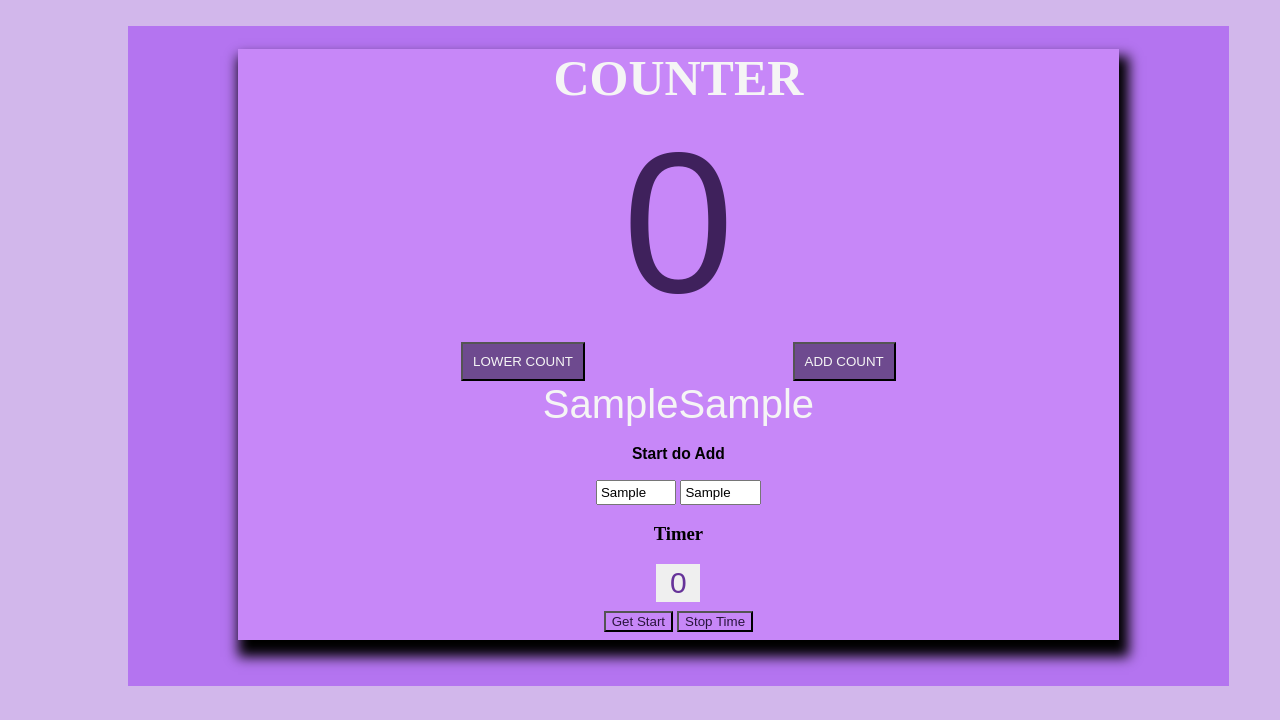
Repository: AnahitKhechumyan/Counter
Page: index.html
An editor plug-in stored every save of this project. The page is shown before and after the next save, followed by the edit.
The browser window is 1280 px wide. The pictures show the whole page.
Empty fields were first filled with sample values (such as "Sample", 5 or name@example.com).
After loading, the first visible `button.add` was clicked once.

Above is the page before, as saved 2022-02-15 02:51:47.

After the next save:
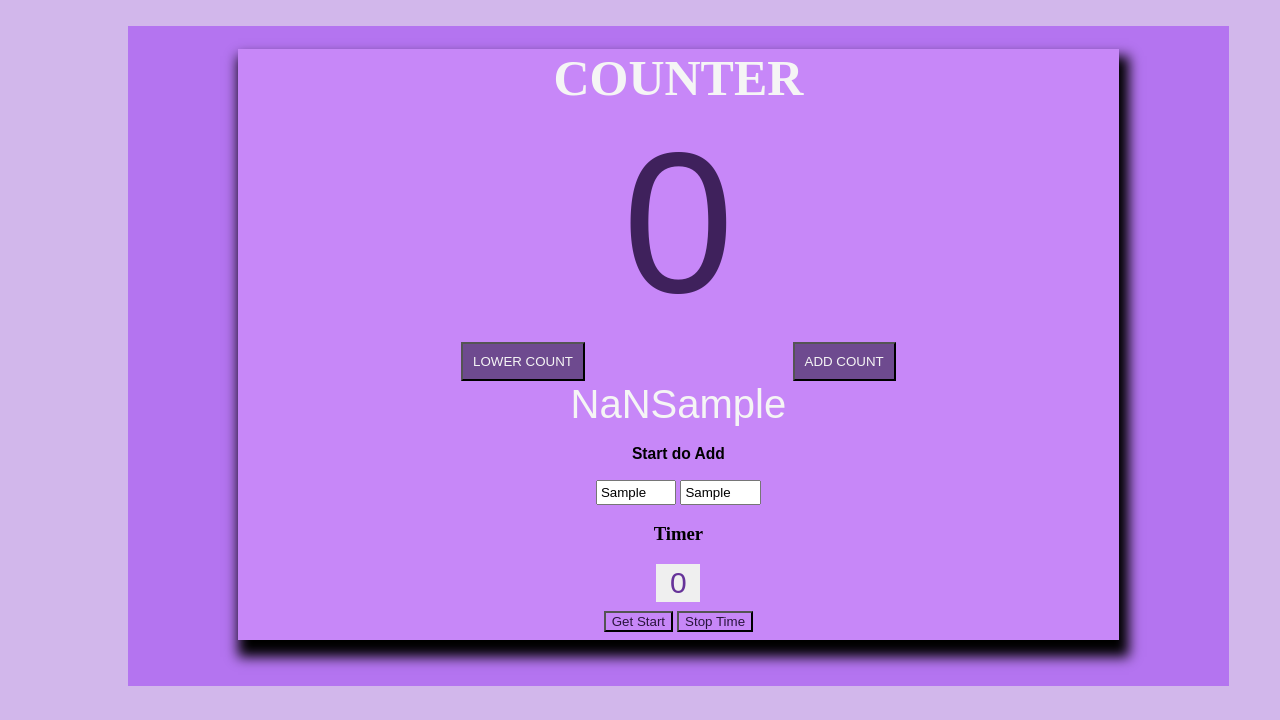
Saved 93 s later.
--- a/script.js
+++ b/script.js
@@ -42,7 +42,7 @@ function add(x){
     console.log(x);
     return  function(y){
         console.log(y);
-     sum = (x + y);
+     sum = (+x + y);
      console.log(sum);
      return sum;
 
